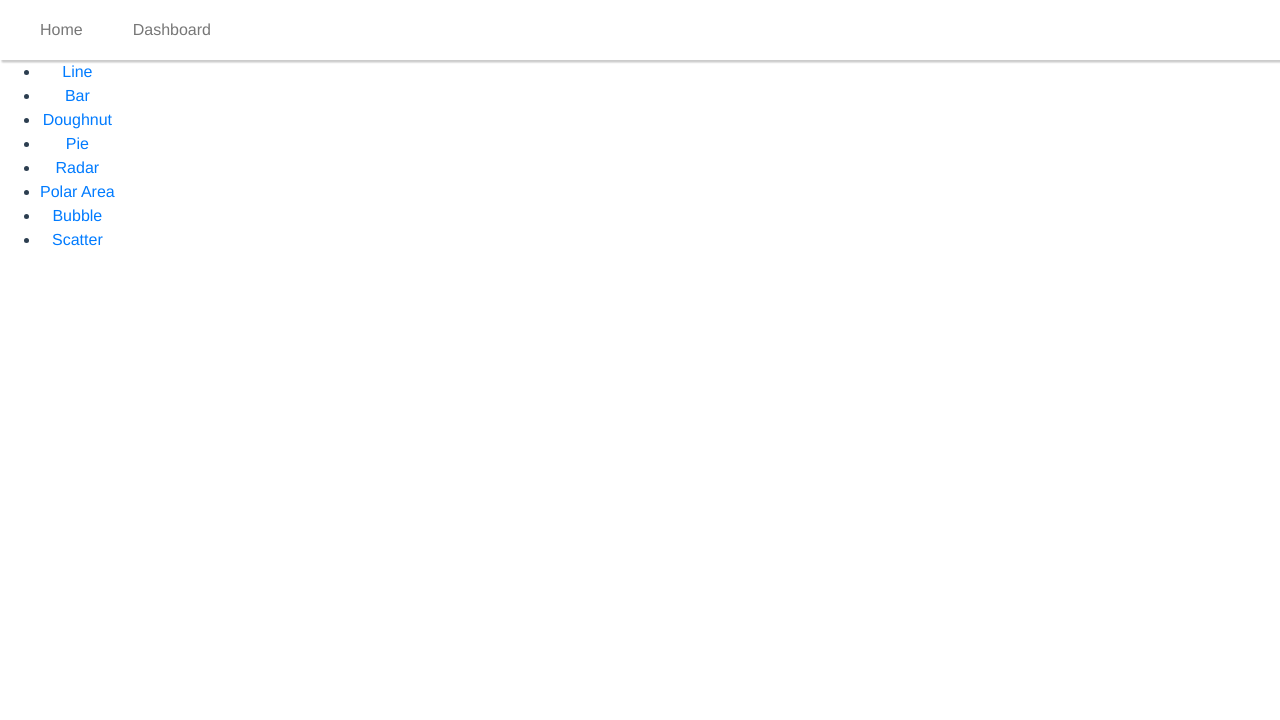
Repository: nashthecoder/vue_learn
Page: /dashboard (app in client/)
The author's editor kept a copy of each file at every save. The page is drawn from the files as they stood at one save, then again after the next save.
The browser window is 1280 px wide. The pictures show the whole page.
The project was rebuilt for these pictures with package versions that can differ from the ones it lists, and the page was loaded fresh each time. Imported but missing from the stored project, and not drawn on this page: client/src/views/Home.vue.

Above is the page before, as saved 2020-12-25 00:56:10.

After the next save:
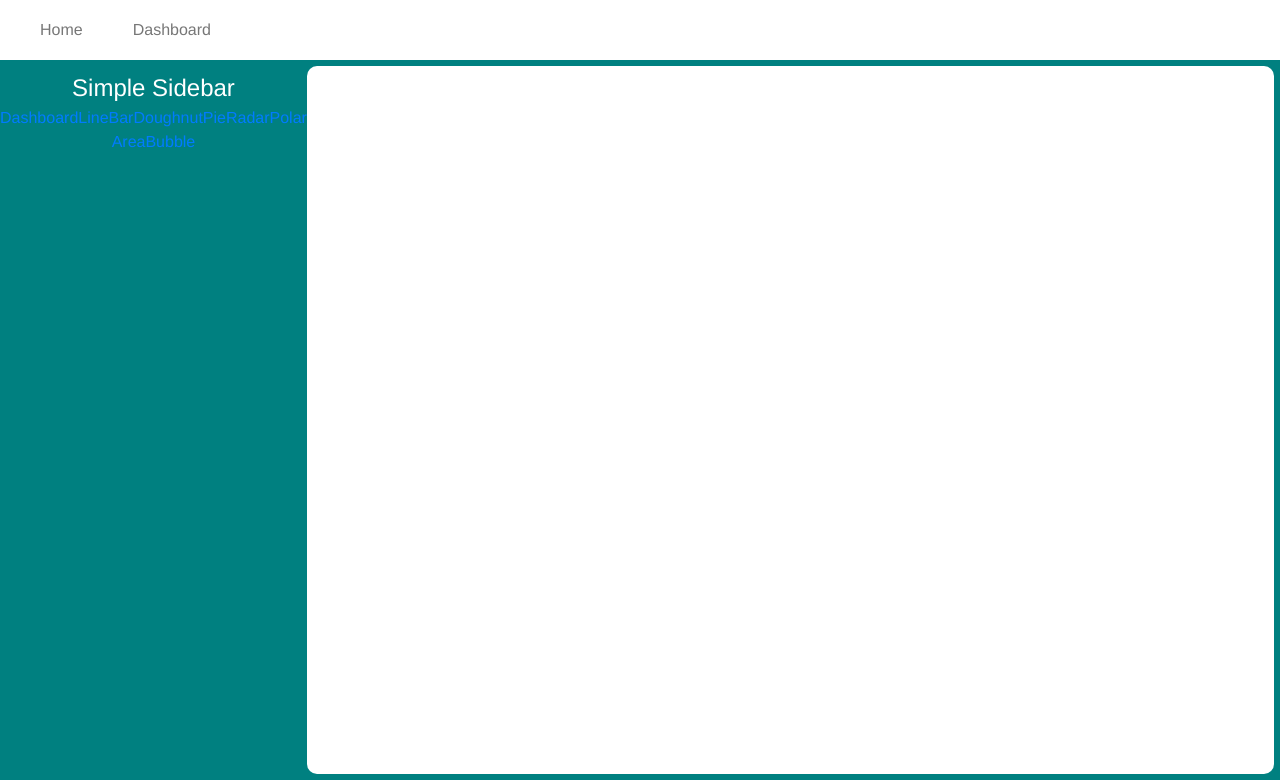
Saved 47 s later.
--- a/client/src/views/Dashboard.vue
+++ b/client/src/views/Dashboard.vue
@@ -1,38 +1,33 @@
 <template>
-  <div id="sidebar">
-    <ul>
-      <li><a href="/line">Line</a></li>
-      <li><a href="/bar">Bar</a></li>
-      <li><a href="/doughnut">Doughnut</a></li>
-      <li><a href="/pie">Pie</a></li>
-      <li><a href="/radar">Radar</a></li>
-      <li><a href="/polar-area">Polar Area</a></li>
-      <li><a href="/bubble">Bubble</a></li>
-      <li><a href="/scatter">Scatter</a></li>
-    </ul>
-    <div id="sidebar-btn" v-on:click="exibir()">
-      <span></span>
-      <span></span>
-      <span></span>
+    <div class="dashboard">
+        <Sidebar/>
+        <div class="content">
+            <router-view/>
+        </div>
     </div>
-  </div>
 </template>
 
 <script>
-import $ from "jquery";
+import Sidebar from '../components/Sidebar'
 export default {
-  name: "dashboard",
-  props: ["mostrar"],
-  methods: {
-    exibir: () => {
-      $("#sidebar").toggleClass("visible");
+    name: 'home',
+    components: {
+        Sidebar
     }
-  }
-};
+}
 </script>
 
-<style scoped>
-#sidebar {
-  display: flex;
+<style>
+.dashboard {
+    display: grid;
+    grid-template-columns: 1fr 5fr;
+    background-color: teal;
+    height: 100vh;
+    width: 100vw;
+}
+.content {
+    background-color: white;
+    border-radius: 10px;
+    margin: 6px 6px 6px 0px;
 }
 </style>
